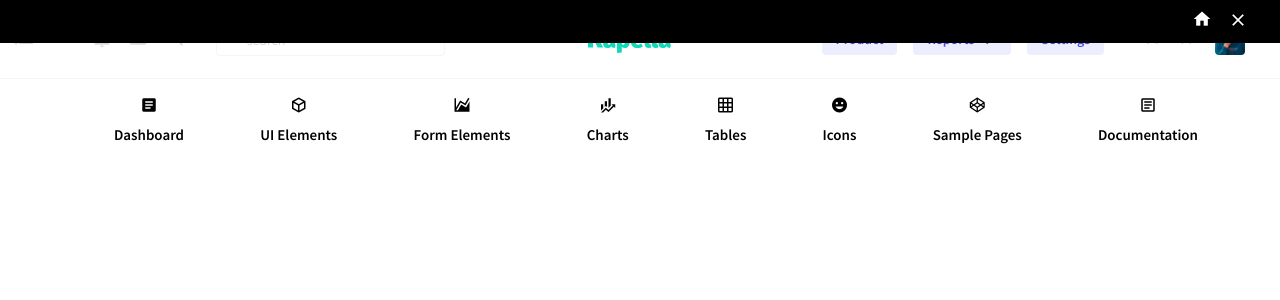
Repository: dimitri0004/Bien
Page: templates/base.html.twig
The author's editor kept a copy of each file at every save. The page is drawn from the files as they stood at one save, then again after the next save.
The browser window is 1280 px wide. The pictures show the whole page.
The page is a Twig template of a Symfony application; nobody is signed in and links lead nowhere. The template is opened directly, without the code that normally fills it, so the values that code supplies are empty.

Above is the page before, as saved 2023-04-03 11:39:05.
Console error: ReferenceError: jQuery is not defined

### templates/base.html.twig
<!DOCTYPE html>
<html>
    <head>
        <meta charset="UTF-8">
        <meta name="viewport" content="width=device-width, initial-scale=1, shrink-to-fit=no">
        <title>{% block title %}Welcome!{% endblock %}</title>
        <link rel="icon" href="data:[embedded picture, 143 characters]">
        {# Run `composer require symfony/webpack-encore-bundle` to start using Symfony UX #}
        <!-- Required meta tags -->
        <!-- base:css -->




        {% block stylesheets %}
            <link rel="stylesheet" href="{{asset('vendors/base/vendor.bundle.base.css')}}">
            <link rel="stylesheet" href="{{asset('vendors/mdi/css/materialdesignicons.min.css')}}">
            <link rel="stylesheet" href="{{asset('css/style.css')}}">
            <link rel="shortcut icon" href="{{asset('images/favicon.png')}}" >

        {% endblock %}



        {% block javascripts %} {% endblock %}
        <!-- base:js -->
        <script src="{{asset('vendors/base/vendor.bundle.base.js')}}" defer></script>
        <!-- endinject -->
        <!-- Plugin js for this page-->
        <!-- End plugin js for this page-->
        <!-- inject:js -->
        <script src="{{asset('js/template.js')}}"></script>
        <!-- endinject -->
        <!-- plugin js for this page -->
        <!-- End plugin js for this page -->
        <script src="{{asset('vendors/chart.js/Chart.min.js')}}"defer></script>
        <script src="{{asset('vendors/progressbar.js/progressbar.min.js')}}"></script>
        <script src="{{asset('vendors/chartjs-plugin-datalabels/chartjs-plugin-datalabels.js')}}"defer></script>
        <script src="{{asset('vendors/justgage/raphael-2.1.4.min.js')}}"defer></script>
        <script src="{{asset('vendors/justgage/justgage.js')}}"defer></script>
        <script src="{{asset('js/jquery.cookie.js')}}" type="text/javascript" defer></script>
        <!-- Custom js for this page-->
        <script src="{{asset('js/dashboard.js')}}" defer></script>
        <!-- End custom js for this page-->


    </head>
    <body>
        {% include "_partiels/nav.html.twig" %}
        {% block body %}

        {% endblock %}
    </body>
</html>

### templates/_partiels/nav.html.twig

<div class="container-scroller">
    <div class="row p-0 m-0 proBanner" id="proBanner">
        <div class="col-md-12 p-0 m-0">
            <div class="card-body card-body-padding d-flex align-items-center justify-content-between">
                <div class="ps-lg-1">

                </div>
                <div class="d-flex align-items-center justify-content-between">
                    <a href="https://www.bootstrapdash.com/product/kapella-admin-pro/"><i class="mdi mdi-home me-3 text-white"></i></a>
                    <button id="bannerClose" class="btn border-0 p-0">
                        <i class="mdi mdi-close text-white me-0"></i>
                    </button>
                </div>
            </div>
        </div>
    </div>
<!-- partial:partials/_horizontal-navbar.html -->
<div class="horizontal-menu">
<nav class="navbar top-navbar col-lg-12 col-12 p-0">
<div class="container-fluid">
<div class="navbar-menu-wrapper d-flex align-items-center justify-content-between">
<ul class="navbar-nav navbar-nav-left">
  <li class="nav-item ms-0 me-5 d-lg-flex d-none">
    <a href="#" class="nav-link horizontal-nav-left-menu"><i class="mdi mdi-format-list-bulleted"></i></a>
  </li>
  <li class="nav-item dropdown">
    <a class="nav-link count-indicator dropdown-toggle d-flex align-items-center justify-content-center" id="notificationDropdown" href="#" data-bs-toggle="dropdown">
      <i class="mdi mdi-bell mx-0"></i>
      <span class="count bg-success">2</span>
    </a>
    <div class="dropdown-menu dropdown-menu-right navbar-dropdown preview-list" aria-labelledby="notificationDropdown">
      <p class="mb-0 font-weight-normal float-left dropdown-header">Notifications</p>
      <a class="dropdown-item preview-item">
        <div class="preview-thumbnail">
            <div class="preview-icon bg-success">
              <i class="mdi mdi-information mx-0"></i>
            </div>
        </div>
        <div class="preview-item-content">
            <h6 class="preview-subject font-weight-normal">Application Error</h6>
            <p class="font-weight-light small-text mb-0 text-muted">
              Just now
            </p>
        </div>
      </a>
      <a class="dropdown-item preview-item">
        <div class="preview-thumbnail">
            <div class="preview-icon bg-warning">
              <i class="mdi mdi-settings mx-0"></i>
            </div>
        </div>
        <div class="preview-item-content">
            <h6 class="preview-subject font-weight-normal">Settings</h6>
            <p class="font-weight-light small-text mb-0 text-muted">
              Private message
            </p>
        </div>
      </a>
      <a class="dropdown-item preview-item">
        <div class="preview-thumbnail">
            <div class="preview-icon bg-info">
              <i class="mdi mdi-account-box mx-0"></i>
            </div>
        </div>
        <div class="preview-item-content">
            <h6 class="preview-subject font-weight-normal">New user registration</h6>
            <p class="font-weight-light small-text mb-0 text-muted">
              2 days ago
            </p>
        </div>
      </a>
    </div>
  </li>
  <li class="nav-item dropdown">
    <a class="nav-link count-indicator dropdown-toggle d-flex justify-content-center align-items-center" id="messageDropdown" href="#" data-bs-toggle="dropdown">
      <i class="mdi mdi-email mx-0"></i>
      <span class="count bg-primary">4</span>
    </a>
    <div class="dropdown-menu dropdown-menu-right navbar-dropdown preview-list" aria-labelledby="messageDropdown">
      <p class="mb-0 font-weight-normal float-left dropdown-header">Messages</p>
      <a class="dropdown-item preview-item">
        <div class="preview-thumbnail">
            <img src="images/faces/face4.jpg" alt="image" class="profile-pic">
        </div>
        <div class="preview-item-content flex-grow">
            <h6 class="preview-subject ellipsis font-weight-normal">David Grey
            </h6>
            <p class="font-weight-light small-text text-muted mb-0">
              The meeting is cancelled
            </p>
        </div>
      </a>
      <a class="dropdown-item preview-item">
        <div class="preview-thumbnail">
            <img src="images/faces/face2.jpg" alt="image" class="profile-pic">
        </div>
        <div class="preview-item-content flex-grow">
            <h6 class="preview-subject ellipsis font-weight-normal">Tim Cook
            </h6>
            <p class="font-weight-light small-text text-muted mb-0">
              New product launch
            </p>
        </div>
      </a>
      <a class="dropdown-item preview-item">
        <div class="preview-thumbnail">
            <img src="images/faces/face3.jpg" alt="image" class="profile-pic">
        </div>
        <div class="preview-item-content flex-grow">
            <h6 class="preview-subject ellipsis font-weight-normal"> Johnson
            </h6>
            <p class="font-weight-light small-text text-muted mb-0">
              Upcoming board meeting
            </p>
        </div>
      </a>
    </div>
  </li>
  <li class="nav-item dropdown">
    <a href="#" class="nav-link count-indicator "><i class="mdi mdi-message-reply-text"></i></a>
  </li>
  <li class="nav-item nav-search d-none d-lg-block ms-3">
    <div class="input-group">
        <div class="input-group-prepend">
          <span class="input-group-text" id="search">
            <i class="mdi mdi-magnify"></i>
          </span>
        </div>
        <input type="text" class="form-control" placeholder="search" aria-label="search" aria-describedby="search">
    </div>
  </li>
</ul>
<div class="text-center navbar-brand-wrapper d-flex align-items-center justify-content-center">
    <a class="navbar-brand brand-logo" href="index.html"><img src="images/logo.svg" alt="logo"/></a>
    <a class="navbar-brand brand-logo-mini" href="index.html"><img src="images/logo-mini.svg" alt="logo"/></a>
</div>
<ul class="navbar-nav navbar-nav-right">
    <li class="nav-item dropdown  d-lg-flex d-none">
      <button type="button" class="btn btn-inverse-primary btn-sm">Product </button>
    </li>
    <li class="nav-item dropdown d-lg-flex d-none">
      <a class="dropdown-toggle show-dropdown-arrow btn btn-inverse-primary btn-sm" id="nreportDropdown" href="#" data-bs-toggle="dropdown">
      Reports
      </a>
      <div class="dropdown-menu dropdown-menu-right navbar-dropdown preview-list" aria-labelledby="nreportDropdown">
          <p class="mb-0 font-weight-medium float-left dropdown-header">Reports</p>
          <a class="dropdown-item">
            <i class="mdi mdi-file-pdf text-primary"></i>
            Pdf
          </a>
          <a class="dropdown-item">
            <i class="mdi mdi-file-excel text-primary"></i>
            Exel
          </a>
      </div>
    </li>
    <li class="nav-item dropdown d-lg-flex d-none">
      <button type="button" class="btn btn-inverse-primary btn-sm">Settings</button>
    </li>
    <li class="nav-item nav-profile dropdown">
      <a class="nav-link dropdown-toggle" href="#" data-bs-toggle="dropdown" id="profileDropdown">
        <span class="nav-profile-name">Johnson</span>
        <span class="online-status"></span>
        <img src="images/faces/face28.png" alt="profile"/>
      </a>
      <div class="dropdown-menu dropdown-menu-right navbar-dropdown" aria-labelledby="profileDropdown">
          <a class="dropdown-item">
            <i class="mdi mdi-settings text-primary"></i>
            Settings
          </a>
          <a class="dropdown-item">
            <i class="mdi mdi-logout text-primary"></i>
            Logout
          </a>
      </div>
    </li>
</ul>
<button class="navbar-toggler navbar-toggler-right d-lg-none align-self-center" type="button" data-toggle="horizontal-menu-toggle">
  <span class="mdi mdi-menu"></span>
</button>
</div>
</div>
</nav>
<nav class="bottom-navbar">
<div class="container">
<ul class="nav page-navigation">
  <li class="nav-item">
    <a class="nav-link" href="index.html">
      <i class="mdi mdi-file-document-box menu-icon"></i>
      <span class="menu-title">Dashboard</span>
    </a>
  </li>
  <li class="nav-item">
      <a href="#" class="nav-link">
        <i class="mdi mdi-cube-outline menu-icon"></i>
        <span class="menu-title">UI Elements</span>
        <i class="menu-arrow"></i>
      </a>
      <div class="submenu">
          <ul>
              <li class="nav-item"><a class="nav-link" href="pages/ui-features/buttons.html">Buttons</a></li>
              <li class="nav-item"><a class="nav-link" href="pages/ui-features/typography.html">Typography</a></li>
          </ul>
      </div>
  </li>
  <li class="nav-item">
      <a href="pages/forms/basic_elements.html" class="nav-link">
        <i class="mdi mdi-chart-areaspline menu-icon"></i>
        <span class="menu-title">Form Elements</span>
        <i class="menu-arrow"></i>
      </a>
  </li>
  <li class="nav-item">
      <a href="pages/charts/chartjs.html" class="nav-link">
        <i class="mdi mdi-finance menu-icon"></i>
        <span class="menu-title">Charts</span>
        <i class="menu-arrow"></i>
      </a>
  </li>
  <li class="nav-item">
      <a href="pages/tables/basic-table.html" class="nav-link">
        <i class="mdi mdi-grid menu-icon"></i>
        <span class="menu-title">Tables</span>
        <i class="menu-arrow"></i>
      </a>
  </li>
  <li class="nav-item">
      <a href="pages/icons/mdi.html" class="nav-link">
        <i class="mdi mdi-emoticon menu-icon"></i>
        <span class="menu-title">Icons</span>
        <i class="menu-arrow"></i>
      </a>
  </li>
  <li class="nav-item">
      <a href="#" class="nav-link">
        <i class="mdi mdi-codepen menu-icon"></i>
        <span class="menu-title">Sample Pages</span>
        <i class="menu-arrow"></i>
      </a>
      <div class="submenu">
          <ul class="submenu-item">
              <li class="nav-item"><a class="nav-link" href="pages/samples/login.html">Login</a></li>
              <li class="nav-item"><a class="nav-link" href="pages/samples/login-2.html">Login 2</a></li>
              <li class="nav-item"><a class="nav-link" href="pages/samples/register.html">Register</a></li>
              <li class="nav-item"><a class="nav-link" href="pages/samples/register-2.html">Register 2</a></li>
              <li class="nav-item"><a class="nav-link" href="pages/samples/lock-screen.html">Lockscreen</a></li>
          </ul>
      </div>
  </li>
  <li class="nav-item">
      <a href="docs/documentation.html" class="nav-link">
        <i class="mdi mdi-file-document-box-outline menu-icon"></i>
        <span class="menu-title">Documentation</span></a>
  </li>
</ul>
</div>
</nav>
</div>

### public/js/template.js
(function($) {
  'use strict';
  $(function() {
    var body = $('body');
    var contentWrapper = $('.content-wrapper');
    var scroller = $('.container-scroller');
    var footer = $('.footer');
    var sidebar = $('.sidebar');

    //Add active class to nav-link based on url dynamically
    //Active class can be hard coded directly in html file also as required

    function addActiveClass(element) {
      if (current === "") {
        //for root url
        if (element.attr('href').indexOf("index.html") !== -1) {
          element.parents('.nav-item').last().addClass('active');
          if (element.parents('.sub-menu').length) {
            element.closest('.collapse').addClass('show');
            element.addClass('active');
          }
        }
      } else {
        //for other url
        if (element.attr('href').indexOf(current) !== -1) {
          element.parents('.nav-item').last().addClass('active');
          if (element.parents('.sub-menu').length) {
            element.closest('.collapse').addClass('show');
            element.addClass('active');
          }
          if (element.parents('.submenu-item').length) {
            element.addClass('active');
          }
        }
      }
    }

    var current = location.pathname.split("/").slice(-1)[0].replace(/^\/|\/$/g, '');
    $('.nav li a', sidebar).each(function() {
      var $this = $(this);
      addActiveClass($this);
    })

    $('.horizontal-menu .nav li a').each(function() {
      var $this = $(this);
      addActiveClass($this);
    })

    //Close other submenu in sidebar on opening any

    sidebar.on('show.bs.collapse', '.collapse', function() {
      sidebar.find('.collapse.show').collapse('hide');
    });


    //Change sidebar and content-wrapper height
    applyStyles();

    function applyStyles() {
      //Applying perfect scrollbar
      if (!body.hasClass("rtl")) {
        if ($('.settings-panel .tab-content .tab-pane.scroll-wrapper').length) {
          const settingsPanelScroll = new PerfectScrollbar('.settings-panel .tab-content .tab-pane.scroll-wrapper');
        }
        if ($('.chats').length) {
          const chatsScroll = new PerfectScrollbar('.chats');
        }
        if (body.hasClass("sidebar-fixed")) {
          if($('#sidebar').length) {
            var fixedSidebarScroll = new PerfectScrollbar('#sidebar .nav');
          }
        }
      }
    }

    $('[data-toggle="minimize"]').on("click", function() {
      if ((body.hasClass('sidebar-toggle-display')) || (body.hasClass('sidebar-absolute'))) {
        body.toggleClass('sidebar-hidden');
      } else {
        body.toggleClass('sidebar-icon-only');
      }
    });

    //checkbox and radios
    $(".form-check label,.form-radio label").append('<i class="input-helper"></i>');

    //Horizontal menu in mobile
    $('[data-toggle="horizontal-menu-toggle"]').on("click", function() {
      $(".horizontal-menu .bottom-navbar").toggleClass("header-toggled");
    });
    // Horizontal menu navigation in mobile menu on click
    var navItemClicked = $('.horizontal-menu .page-navigation >.nav-item');
    navItemClicked.on("click", function(event) {
      if(window.matchMedia('(max-width: 991px)').matches) {
        if(!($(this).hasClass('show-submenu'))) {
          navItemClicked.removeClass('show-submenu');
        }
        $(this).toggleClass('show-submenu');
      }
    })

    $(window).scroll(function() {
      if(window.matchMedia('(min-width: 992px)').matches) {
        var header = $('.horizontal-menu');
        if ($(window).scrollTop() >= 70) {
          $(header).addClass('fixed-on-scroll');
        } else {
          $(header).removeClass('fixed-on-scroll');
        }
      }
    });
    if ($.cookie('kapella-free-banner')!="true") {
      document.querySelector('#proBanner').classList.add('d-flex');
    }
    else {
      document.querySelector('#proBanner').classList.add('d-none');
    }
    document.querySelector('#bannerClose').addEventListener('click',function() {
      document.querySelector('#proBanner').classList.add('d-none');
      document.querySelector('#proBanner').classList.remove('d-flex');
      var date = new Date();
      date.setTime(date.getTime() + 24 * 60 * 60 * 1000);
      $.cookie('kapella-free-banner', "true", { expires: date });
    });
  });
})(jQuery);

Loaded but not shown: public/vendors/base/vendor.bundle.base.css (common file); public/vendors/mdi/css/materialdesignicons.min.css (library); public/css/style.css (library); public/vendors/progressbar.js/progressbar.min.js (library); public/vendors/base/vendor.bundle.base.js (library); public/vendors/chart.js/Chart.min.js (library); public/vendors/chartjs-plugin-datalabels/chartjs-plugin-datalabels.js (library); public/vendors/justgage/raphael-2.1.4.min.js (library); public/vendors/justgage/justgage.js (library); public/js/jquery.cookie.js (library); public/images/logo.svg (3 lines, source omitted); public/images/logo-mini.svg (12 lines, source omitted); public/js/dashboard.js (1172 lines, source omitted)

After the next save:
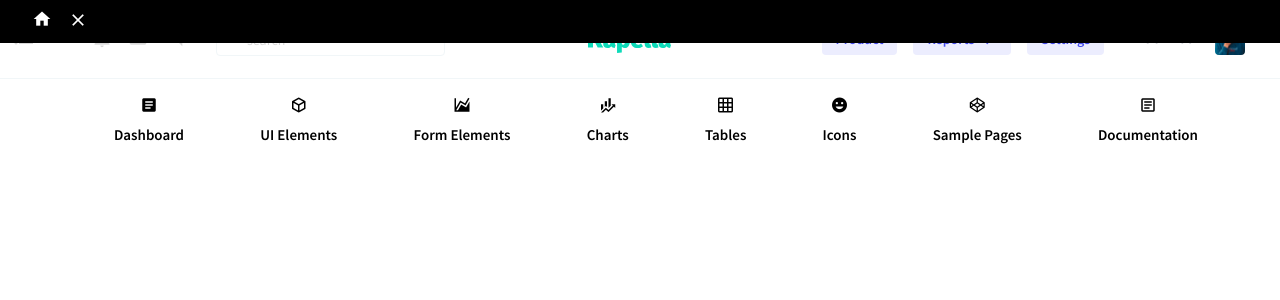
Saved 25 s later.
--- a/templates/_partiels/nav.html.twig
+++ b/templates/_partiels/nav.html.twig
@@ -3,9 +3,7 @@
     <div class="row p-0 m-0 proBanner" id="proBanner">
         <div class="col-md-12 p-0 m-0">
             <div class="card-body card-body-padding d-flex align-items-center justify-content-between">
-                <div class="ps-lg-1">
 
-                </div>
                 <div class="d-flex align-items-center justify-content-between">
                     <a href="https://www.bootstrapdash.com/product/kapella-admin-pro/"><i class="mdi mdi-home me-3 text-white"></i></a>
                     <button id="bannerClose" class="btn border-0 p-0">
